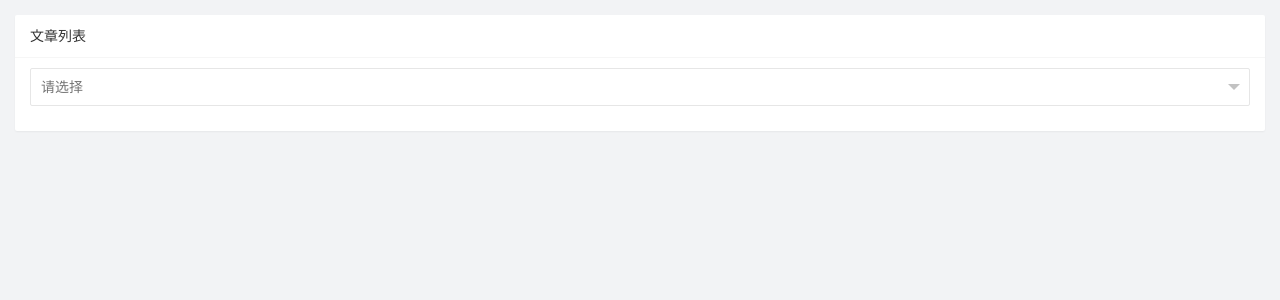
Repository: haloxxi/web_bigevent
Page: article/art-list.html
The author's editor kept a copy of each file at every save. The page is drawn from the files as they stood at one save, then again after the next save.
The browser window is 1280 px wide. The pictures show the whole page.
The page's requests for data from a server got no answer.

Above is the page before, as saved 2022-06-29 15:31:28.
Console error: TypeError: Cannot read properties of undefined (reading 'status')

After the next save:
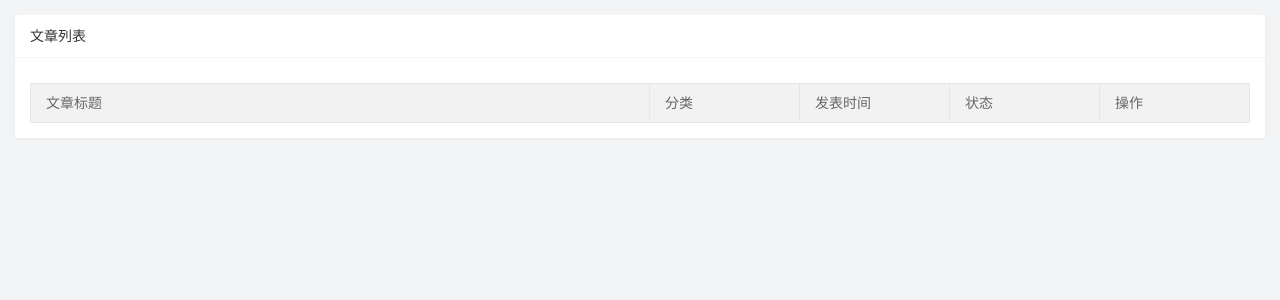
Saved 2 min 19 s later.
--- a/article/art-list.html
+++ b/article/art-list.html
@@ -18,13 +18,13 @@
             <!-- 筛选区域 -->
             <form class="layui-form" action="">
                 <div class="layui-form-item">
-                    <select name="city" lay-verify="required">
+                    <!-- <select name="city" lay-verify="required">
                         <option value=""></option>
                         <option value="0">北京</option>
                         <option value="1">上海</option>
                         <option value="2">广州</option>
                         <option value="3">深圳</option>
-                        <option value="4">杭州</option>
+                        <option value="4">杭州</option> -->
 
                 </div>
             </form>
